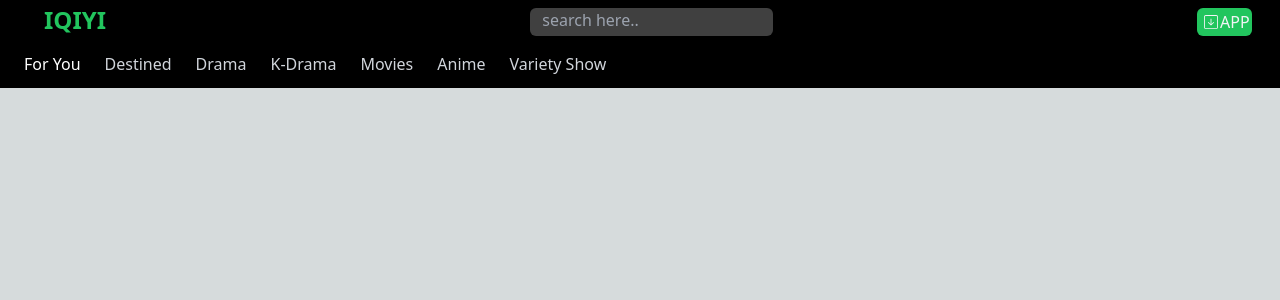
Repository: cozocozy/iqiyi-clone
Page: /
These files come from the project's save history. The page is drawn as it stood at one moment and after the next save; the edit follows.
The browser window is 1280 px wide. The pictures show the whole page.
The project was rebuilt for these pictures with package versions that can differ from the ones it lists, and the page was loaded fresh each time. The framework's server and built-in components were replaced by stand-ins that run in the browser. Also part of the build but not shown: next.config.js.

Above is the page before, as saved 2023-07-16 10:15:54.

### pages/index.tsx
import Head from "next/head";
import Header from "./components/Header";

export default function Home() {
  return (
    <main>
      <Head>
        <title>IQIYI - watch Asian drama shows anime movie free online</title>
        <meta name="description" content="CLONE OF IQIYI WEBSITE" />
      </Head>
      <Header />
    </main>
  );
}

### styles/globals.css
@tailwind base;
@tailwind components;
@tailwind utilities;

:root {
  --foreground-rgb: 0, 0, 0;
  --background-start-rgb: 214, 219, 220;
  --background-end-rgb: 255, 255, 255;
}

@media (prefers-color-scheme: dark) {
  :root {
    --foreground-rgb: 255, 255, 255;
    --background-start-rgb: 0, 0, 0;
    --background-end-rgb: 0, 0, 0;
  }
}
.container-snap::-webkit-scrollbar {
  display: none;
}

body {
  color: rgb(var(--foreground-rgb));
  background: linear-gradient(to bottom, transparent, rgb(var(--background-end-rgb))) rgb(var(--background-start-rgb));
}

@layer components {
  .pages {
    @apply hover:text-green-500;
  }
}

### pages/components/Header.tsx
import React from "react";
import { BsArrowDownSquare, BsSearch } from "react-icons/bs";
import { AiOutlineMenu } from "react-icons/ai";
import Link from "next/link";
type Props = {};

function Header({}: Props) {
  return (
    <div className="fixed top-0 z-50 bg-black w-full">
      <div className="flex justify-between items-center py-1 ">
        <div className="flex ml-4 lg:hidden">
          <AiOutlineMenu size={20} className="mt-2" />
          <h3 className="text-2xl text-green-500 font-bold ml-2 ">IQIYI</h3>
        </div>
        <div className="flex justify-center items-center mt-1 w-full ">
          {/* <button className="absolute border-l border-gray-500 ml-60 p-1 px-4">
            <BsSearch />
          </button> */}
          <input className="rounded rounded-md bg-neutral-700  h-7 pl-3 pb-1" placeholder="search here.."></input>
        </div>
        <button className="flex flex-row mr-7 mt-1 rounded rounded-md w-16 h-7 bg-green-500 text-gray-100 justify-evenly items-center">
          <div className="ml-1">
            <BsArrowDownSquare size={14} />
          </div>
          <p className="text-md">APP</p>
        </button>
      </div>
      <div className="flex flex-row  p-3 overflow-x-auto container-snap whitespace-nowrap space-x-6 ml-3 text-gray-300">
        <Link href="#" className="text-white pages">
          For You
        </Link>
        <Link href="#" className=" pages">
          Destined
        </Link>
        <Link href="#" className=" pages">
          Drama
        </Link>
        <Link href="#" className=" pages">
          K-Drama
        </Link>
        <Link href="#" className=" pages">
          Movies
        </Link>
        <Link href="#" className=" pages">
          Anime
        </Link>
        <Link href="#" className=" pages">
          Variety Show
        </Link>
      </div>
    </div>
  );
}

export default Header;

### tailwind.config.js
/** @type {import('tailwindcss').Config} */
module.exports = {
  content: ["./pages/**/*.{js,ts,jsx,tsx,mdx}", "./components/**/*.{js,ts,jsx,tsx,mdx}", "./app/**/*.{js,ts,jsx,tsx,mdx}"],
  theme: {
    extend: {
      backgroundImage: {
        "gradient-radial": "radial-gradient(var(--tw-gradient-stops))",
        "gradient-conic": "conic-gradient(from 180deg at 50% 50%, var(--tw-gradient-stops))",
      },
    },
    screens: {
      tablet: "<-640px",
      // => @media (min-width: 640px) { ... }

      laptop: "1024px",
      // => @media (min-width: 1024px) { ... }

      desktop: "1280px",
      // => @media (min-width: 1280px) { ... }
    },
  },
  plugins: [],
};

Loaded but not shown: pages/_app.tsx (common file); pages/_document.tsx (common file)

After the next save:
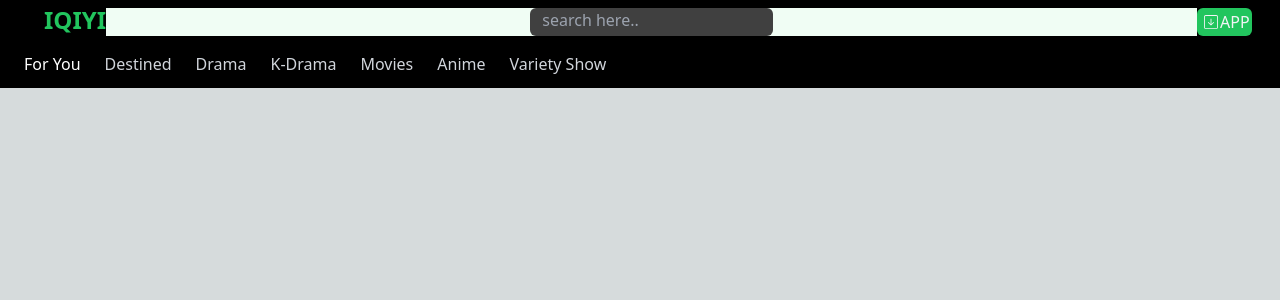
Saved 15 s later.
--- a/pages/components/Header.tsx
+++ b/pages/components/Header.tsx
@@ -12,7 +12,7 @@
           <AiOutlineMenu size={20} className="mt-2" />
           <h3 className="text-2xl text-green-500 font-bold ml-2 ">IQIYI</h3>
         </div>
-        <div className="flex justify-center items-center mt-1 w-full ">
+        <div className="flex justify-center items-center mt-1 w-full bg-green-50 ">
           {/* <button className="absolute border-l border-gray-500 ml-60 p-1 px-4">
             <BsSearch />
           </button> */}
